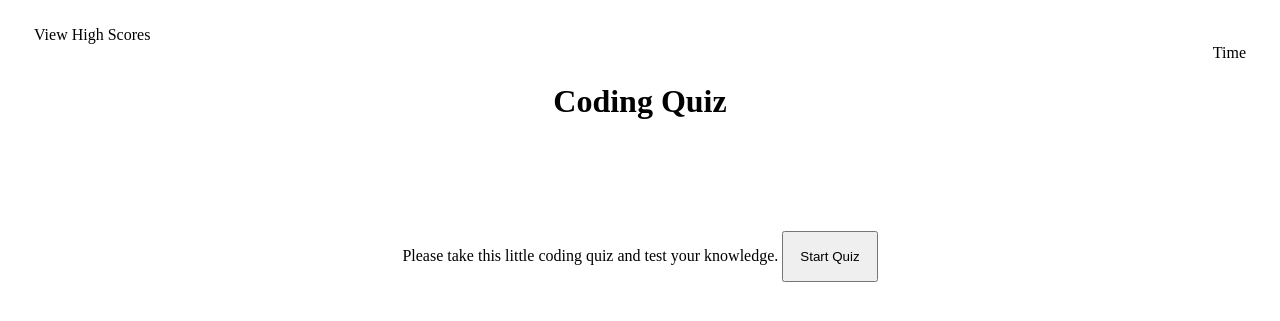
Repository: Naomilounsbury/code-quiz
Page: index.html
These files come from the project's save history. The page is drawn as it stood at one moment and after the next save; the edit follows.
The browser window is 1280 px wide. The pictures show the whole page.

Above is the page before, as saved 2021-11-28 19:08:58.

### index.html
<!DOCTYPE html>
<html lang="en">
<head>
    <meta charset="UTF-8">
    <meta http-equiv="X-UA-Compatible" content="IE=edge">
    <meta name="viewport" content="width=device-width, initial-scale=1.0">
    <title>Code Quiz</title>
    <link rel="stylesheet" href="./assets/css/styles.css">
</head>
<body>
    <!-- basic words on the page, how do i get stuff inline? -->
 <header>
    <div class="high-scores">
     View High Scores
 </div>
 <!-- oh god I have to actually figure out how to do a timer -->
 <div class="time">
     Time
 </div>
 <h1 class="title">Coding Quiz</h1>
</header>
<!-- I then created a div element to introduce, maybe I'll add more to it later -->
 <div class="intro">

     Please take this little coding quiz and test your knowledge.
     <!-- I connected the button to the javascrpt woohoo -->
     <button onclick="onStartQuiz()">
         Start Quiz
     </button>
 </div>
 <!-- here is the quiz -->
 <form id="questions-form">
 <div class="question" >

 </div>

</form>
<script src="./assets/js/script.js"></script>
</body>
</html>

### assets/css/styles.css
*{
    box-sizing: border-box
}
header {
    margin: 10px;
    padding: 16px;
    text-decoration-color: black;

}
.high-scores{
    text-align: left;
}
.time{
    text-align: right;
}
h1{
    height: 100px;
    text-align: center;

}
.intro{
    text-align: center;
}
.question{
    text-align: center;

}
button{
    padding: 16px;

    text-align: center;
    align-content: center;
}

### assets/js/script.js
//first I am grabbing my variables from the html so that I can later use them inside functions
var questionDivEl = document.querySelector(".question");

//the thing I want to do with this local storage is be able to
//store the answers and scores of the quiz
//localStorage.setItem("questionIndex", "0")
let questionIndex = 0
//we want to change it so its a let
let score = 0
let timeLeft = 60
//I want to create an onclick function eventually
function countdown() {

    // created a timer that attached to the html element "time"
    var timeInterval = setInterval(function () {
        document.querySelector(".time").innerText = "Time:" + timeLeft
        timeLeft--
    }, 1000);
}
var onStartQuiz = function () {
    countdown();
    //when the quiz starts it grabs the first object in the array
    var currentQuestion = questions[questionIndex];

    //its going into the html and taking the div clas question and setting the value equal to the current question
    questionDivEl.innerText = currentQuestion.question
    //I had to pass in currentQuestions because it wasn't defined inside this function
    createButtons(currentQuestion)

}

    //same shit, I had to pass in currentQuestion
var createButtons = function(currentQuestion){

    //I created buttons with create element
    //and then I added stuff to the button from the array using btn.innerHtml.
    //and then I had document.questionDivEl to get the variable but that didn't work
    //so finally I deleted the "document" and it worked but I'm not exactly sure why because I just checked the taskinator to see
    var btn = document.createElement("button");
    btn.innerHTML = currentQuestion.a
    btn.id = "btn-a";
    btn.type = "button";
    btn.className = "btn"
    btn.addEventListener("click", turnBlue);
    questionDivEl.appendChild(btn);

    var btn = document.createElement("button");
    btn.innerHTML = currentQuestion.b
    btn.id = "btn-b";
    btn.type = "button";
    btn.className = "btn"
    btn.addEventListener("click", turnBlue);
    questionDivEl.appendChild(btn);


    var btn = document.createElement("button");
    btn.innerHTML = currentQuestion.c
    btn.id = "btn-c";
    btn.type = "button";
    btn.className = "btn"
    btn.addEventListener("click", turnBlue);
    questionDivEl.appendChild(btn);


    var btn = document.createElement("button");
    btn.innerHTML = currentQuestion.d
    btn.id = "btn-d";
    btn.type = "button";
    btn.className = "btn"
    btn.addEventListener("click", turnBlue);
    questionDivEl.appendChild(btn);


    var btn = document.createElement("button");
    //i need a btn to go to the next question but its not working
    btn.innerHTML = "Next Question"
    //fuck you buttons
    btn.id = "next-question";
    btn.type = "button";
    btn.addEventListener("click", nextQuestion);
    questionDivEl.appendChild(btn);

     //if the questions we've gone through equals the questions that are in the array then we show score
     if(questionIndex == questions.length-1){
        btn.innerHTML = "Finish Quiz"
        btn.removeEventListener("click", nextQuestion);
        btn.addEventListener("click", showScore)

     }
}
var nextQuestion = function () {

    //need to save the blue answer if background color is blue whe get the id of the btn
    //and compare it to the answer
    //saving all the btns in a variable
    var btnList = document.querySelectorAll(".btn");
    //I originally put var here but it can't be a variable because I need to reset it to something else inside the for loop
    let checkIt = ""
    for (let i = 0; i < btnList.length; i++) {
        //if the background color is blue then I am setting the variable checkit to the btn id
        //this will hopefully save the btn id
        if (btnList[i].style.backgroundColor === "blue") {
            checkIt = btnList[i].id
        }
        //it needs the currentQuestion in the createbuttons
    }


    //the first paramenter of verifyAnswer is the current question
    verifyAnswer(questions[questionIndex], checkIt)


    //questionIndex++=questionIndex plus 1, which would change our index to the next question in our list
    questionIndex++
    console.log(questionIndex)
    //change the innertext for the question
    var currentQuestion = questions[questionIndex];
    questionDivEl.innerText = currentQuestion.question
    //update answer options

    createButtons(questions[questionIndex])
    //if the questions we've gone through equals the questions that are in the array then we show score
    if(questionIndex == questions.length-1){

    }

}
var turnBlue = function (event) {
    //when btn onclick, turn btn blue
    //so I made a variable to select all the buttons to change color when they are clicked
    //because I want them to turn blue when clicked but I also don't want them to all turn blue
    //I want whichever is the most recent clicked button to turn blue
    //I didn't know how to do this so w3schools https://www.w3schools.com/js/js_htmldom_nodelist.asp
    //was very helpful
    var btnList = document.querySelectorAll(".btn")
    for (let i = 0; i < btnList.length; i++) {
        btnList[i].style.backgroundColor = "white"
    }
    event.target.style.backgroundColor = "blue";

}
//whenever we call verifyAnswer, we are feeding it the current question
var verifyAnswer = function (currentQuestion, btnId) {
    //btn- is an empty string and we are replaing it as an empty string so the remaining part of the string a, b, c, or d is left as the received answer
    //woah so cool, replacing parts of strings
    //check recieved answer against the current question answer
    var receivedAnswer = btnId.replace("btn-", "")
    //if answer is correct, update overallScore
    if (receivedAnswer === currentQuestion.answer) {
        //I feel like I might need some math here
        score++
    }
    //if answer is incorrect, update overallScore and steal time
    if (receivedAnswer !== currentQuestion.answer) {
        timeLeft = timeLeft-5

    }

}
var showScore = function (){

    questionDivEl.innerText = "Your score is " + score + "/" + questions.length

}
//making an array of questions
var questions = [
    {
        //right now the key question is a string
        question: "To create an array, what kid of brackets are used?",
        answer: "a",
        a: "square brackets",
        b: "angle brackets",
        c: "curly brackets",
        d: "parentheses",
        //an array holds a list of items and since each question is an object we need a fucking comma
    },
    {
        question: "how do you create a branch with github?",
        answer: "b",
        a: "git push",
        b: "git branch",
        c: "git add",
        d: "git commit",
    },
    {
        question: "What is a callback function?",
        answer: "b",
        a: "a function that is inside another function",
        b: "a function passed as an argument to another function",
        c: "a function that runs after a set delay",
        d: "a function that runs forever",

    },
    {
        question: "What does DOM stand for?",
        answer: "b",
        a: "Data Object Monitor",
        b: "Document Object Model",
        c: "Dynamic Object Monitor",
        d: "Data Object Model",

    },
    {
        question: "What does event.preventDefault do when added to a function?",
        answer: "a",
        a: "it prevents the default action that belongs to the event from running",
        b: "it stops all code from running",
        c: "it makes the text on the page stand up and dance a jig",
        d: "it creates a new default for the function",

    }

]
//styles
//timer needs to stop on finish quiz (clearInterval needs to have the name of the function it was given, its a callback)
//make an input element for the initials
//save the score in local storage

After the next save:
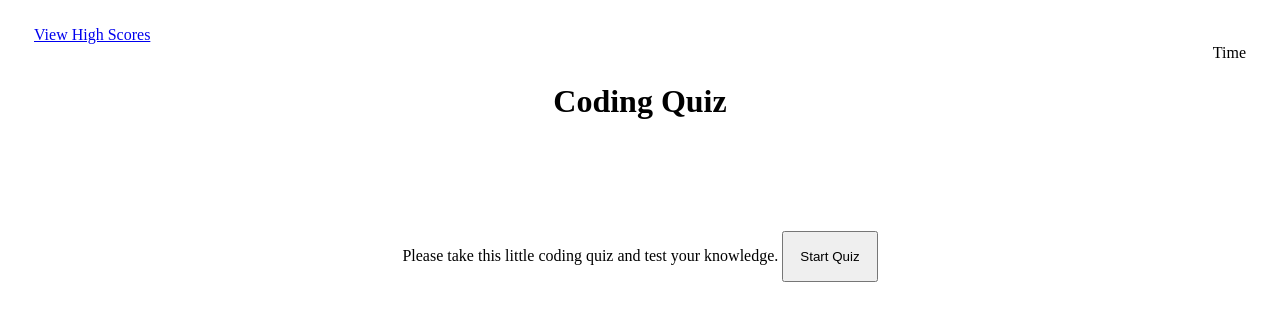
Saved 2 min 30 s later.
--- a/index.html
+++ b/index.html
@@ -11,7 +11,8 @@
     <!-- basic words on the page, how do i get stuff inline? -->
  <header>
     <div class="high-scores">
-     View High Scores
+
+     <a href="./high-scores.html">View High Scores</a>
  </div>
  <!-- oh god I have to actually figure out how to do a timer -->
  <div class="time">
